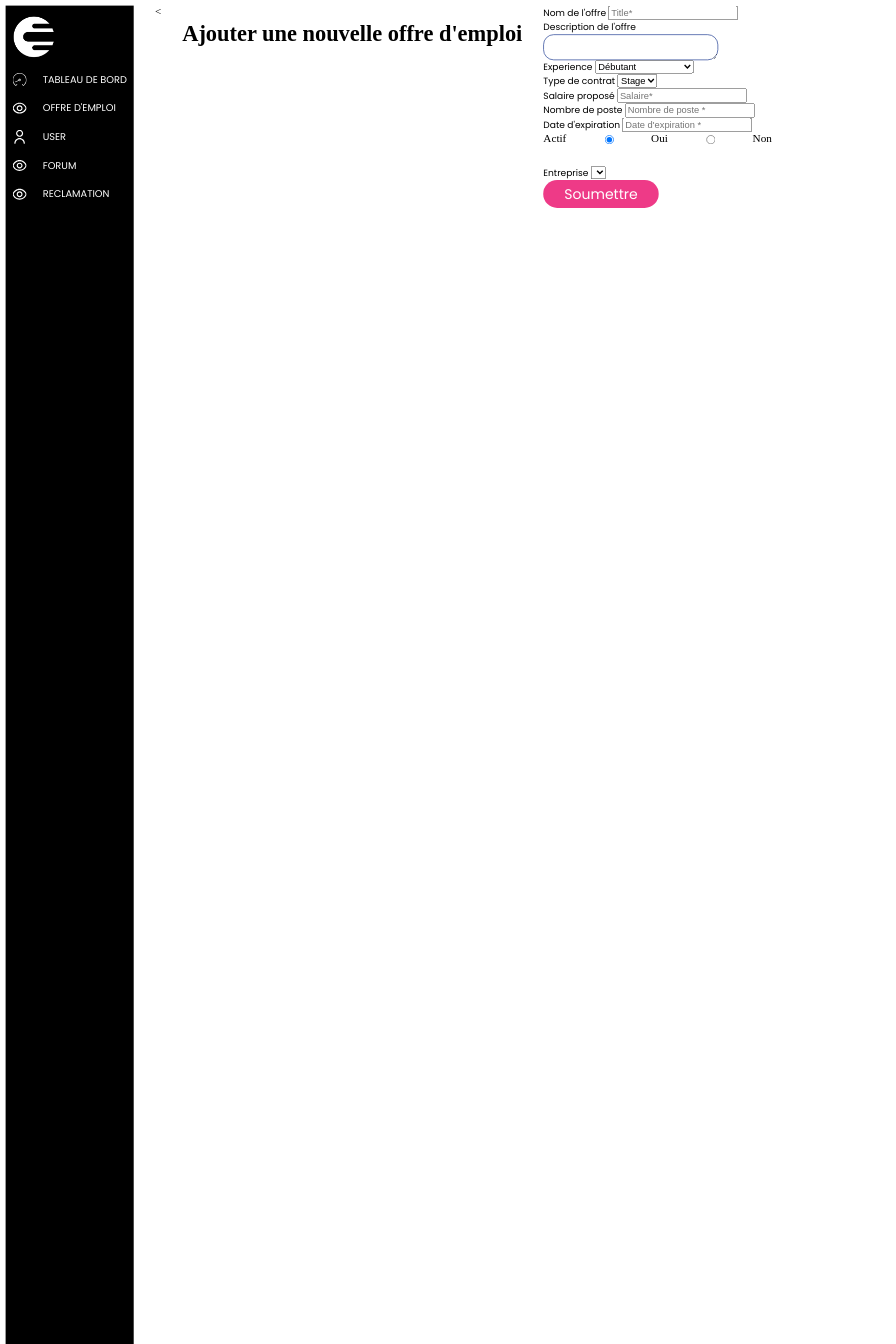
Repository: sophiegafsi/web
Page: http://localhost/admin/index.php?controller=joboffer&action=add
These files come from the project's save history. The page is drawn as it stood at one moment and after the next save; the edit follows.
The browser window is 1280 px wide. The pictures show the part of the page from y = 0 to 1920 px (the page is 2916 px tall), at 70% of full size.
The page is run by PHP 8.4 with error messages shown; the project is at /var/www/html/. Queries for data that is not in the repository find no rows.

Above is the page before, as saved 2024-05-05 22:06:10.

After the next save:
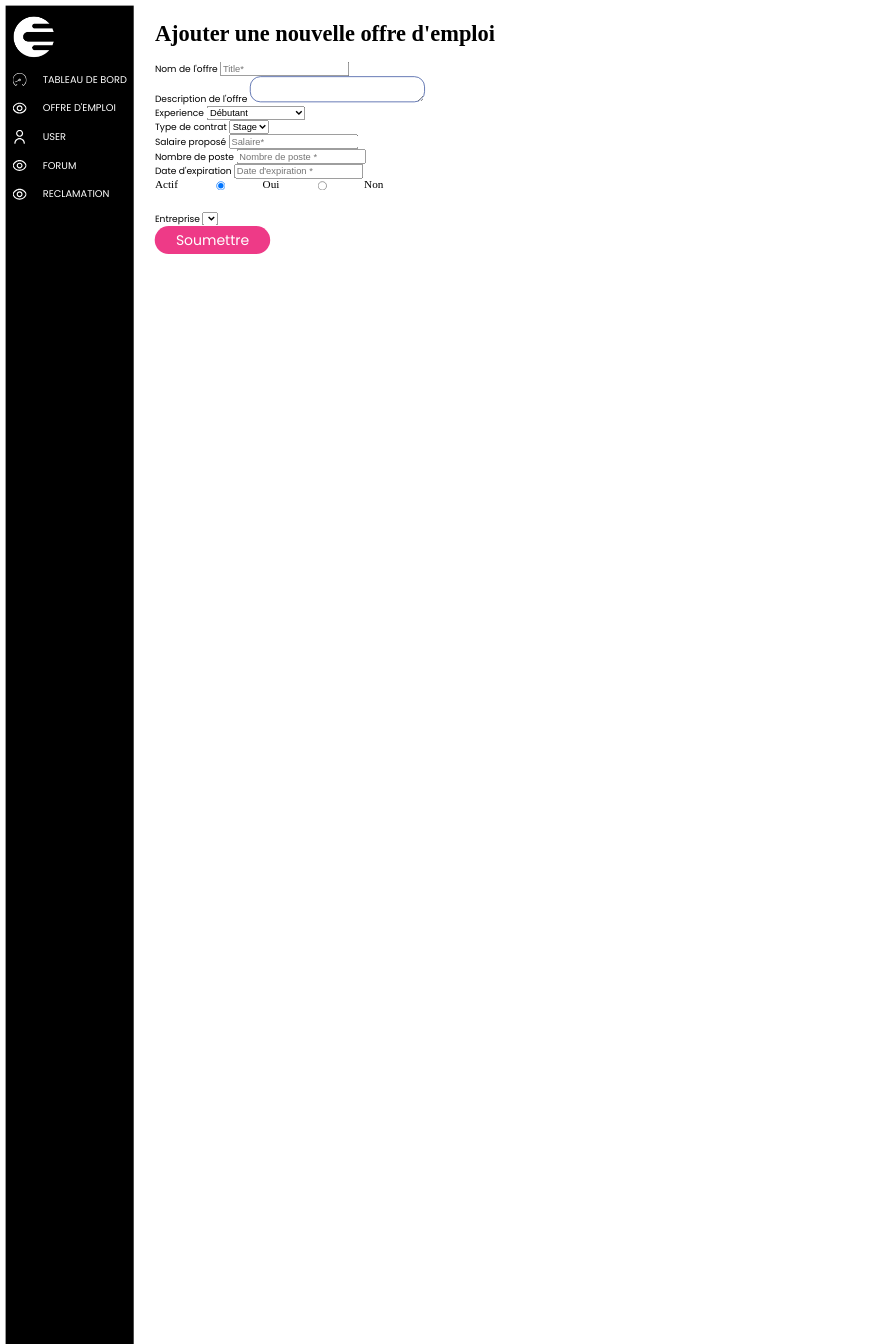
Saved 6 s later.
--- a/view/admin/job_offer/add.php
+++ b/view/admin/job_offer/add.php
@@ -10,7 +10,7 @@ if(isset($errors)){
     }
 }
 ?>
-<
+<div class="">
 <h1 class="title-joboffer">Ajouter une nouvelle offre d'emploi</h1>
 <form action="" method="post" class="joboffer-form">
         <div  class="style-form-input">
